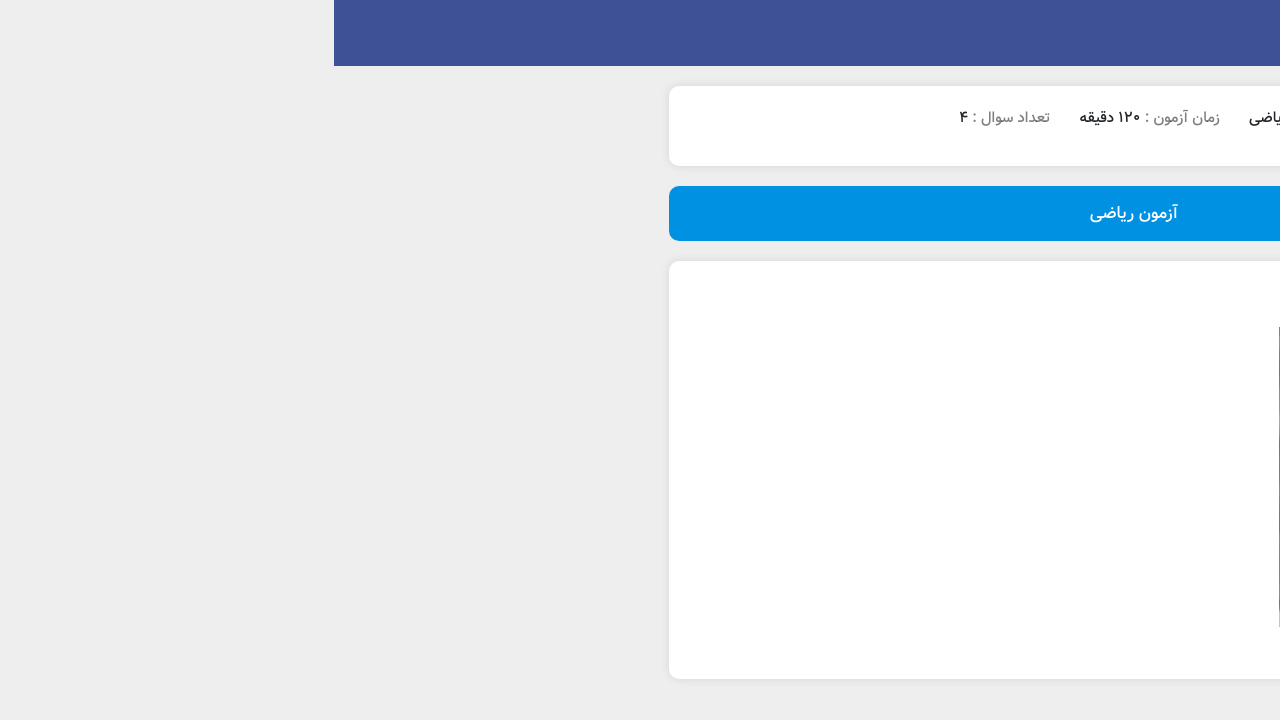
Repository: kosar78/quiz-online
Page: quiz.html
An editor plug-in stored every save of this project. The page is shown before and after the next save, followed by the edit.
The browser window is 1280 px wide. The pictures show the whole page.
Some web libraries are served in a nearby version.

Above is the page before, as saved 2022-01-09 21:46:31.

After the next save:
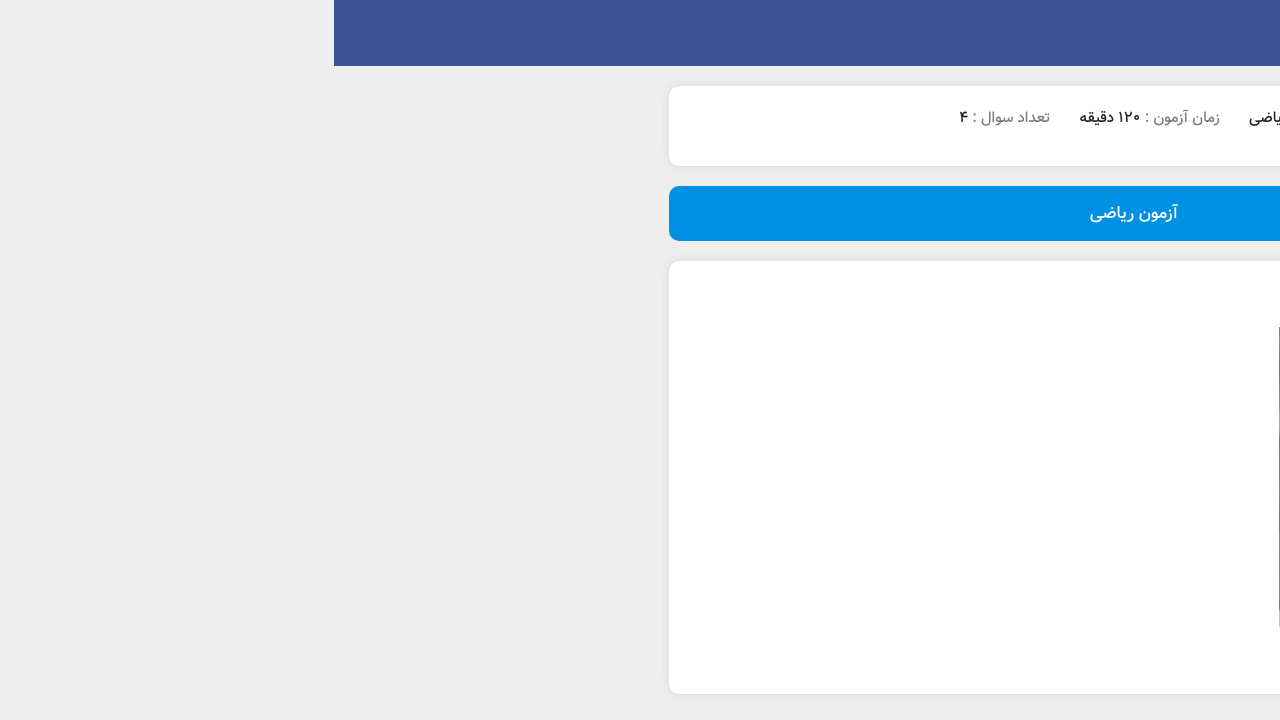
Saved 28 s later.
--- a/css/quiz.css
+++ b/css/quiz.css
@@ -82,6 +82,9 @@ ul li{
     margin-left: 15px;
     color: #fff;
 }
+.q-options{
+    margin-top: 15px;
+}
 ::placeholder {
     color: rgb(0, 0, 0,.5);
     opacity: 0.95;
